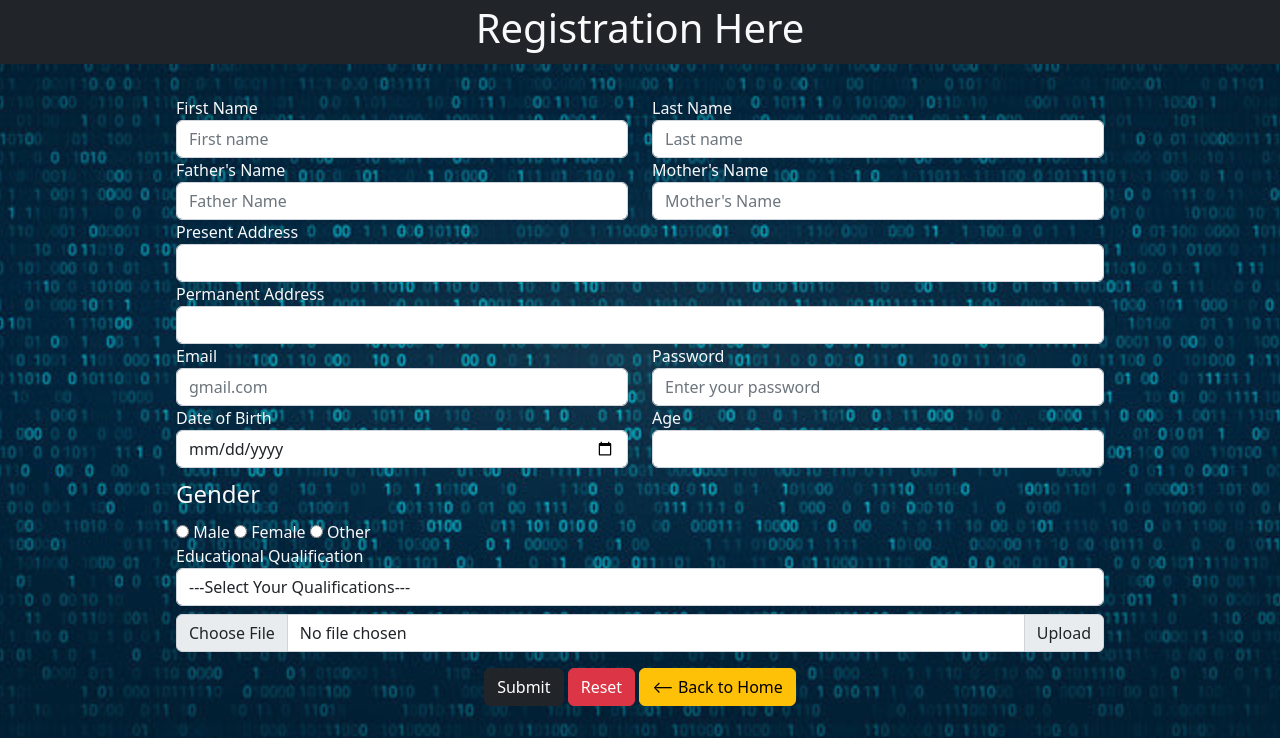
Repository: OmarFaruq97/JspServlet
Page: http://localhost/Form/pages/MainForm.jsp
The author's editor kept a copy of each file at every save. The page is drawn from the files as they stood at one save, then again after the next save.
The browser window is 1280 px wide. The pictures show the whole page.
Backgrounds fixed to the window are drawn as part of the page. The page is served by Tomcat 9.

Above is the page before, as saved 2025-02-07 13:02:24.

After the next save:
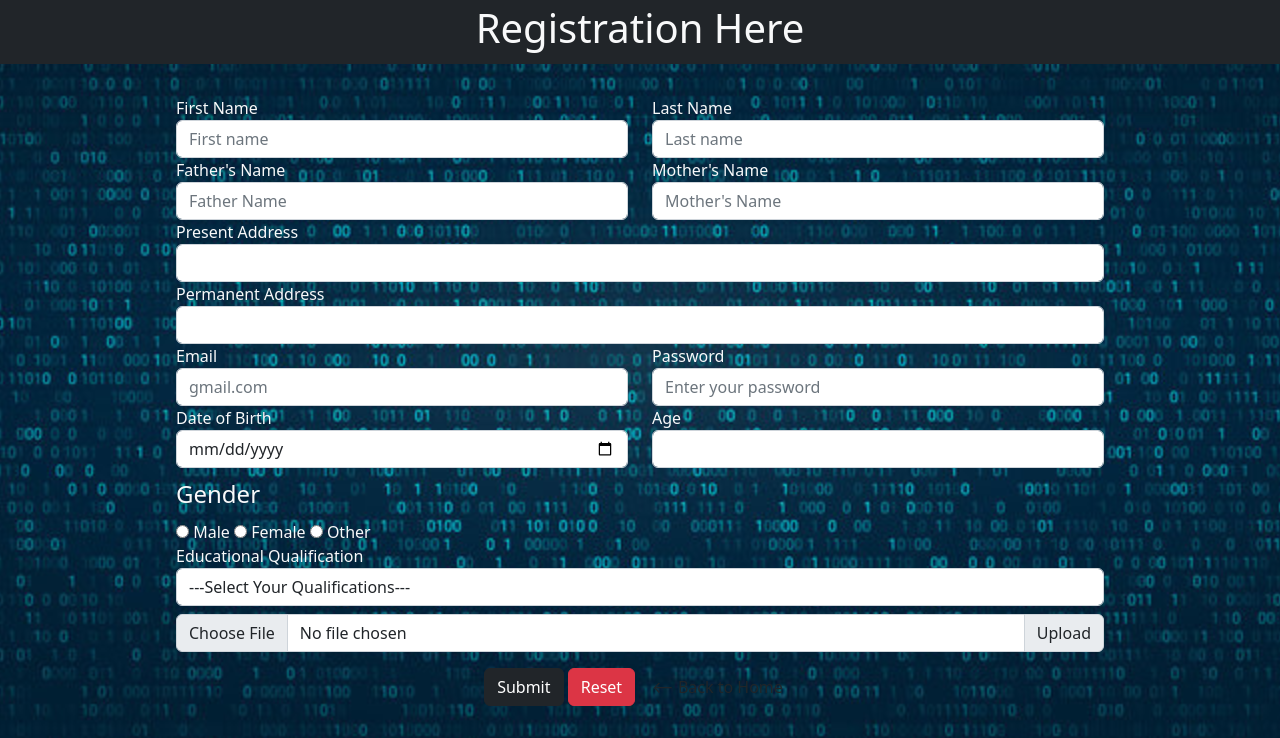
Saved 104 s later.
--- a/Form/src/main/webapp/pages/MainForm.jsp
+++ b/Form/src/main/webapp/pages/MainForm.jsp
@@ -104,7 +104,7 @@
         <div class="mt-3 text-center">
             <input type="submit" class="btn btn-dark" value="Submit">
             <input type="reset" class="btn btn-danger" value="Reset">
-            <a class="btn btn-warning" href="/Form">⟵ Back to Home</a>
+            <a class="btn #1c0f54" href="/Form">⟵ Back to Home</a>
         </div>
       </section>
   </form>
